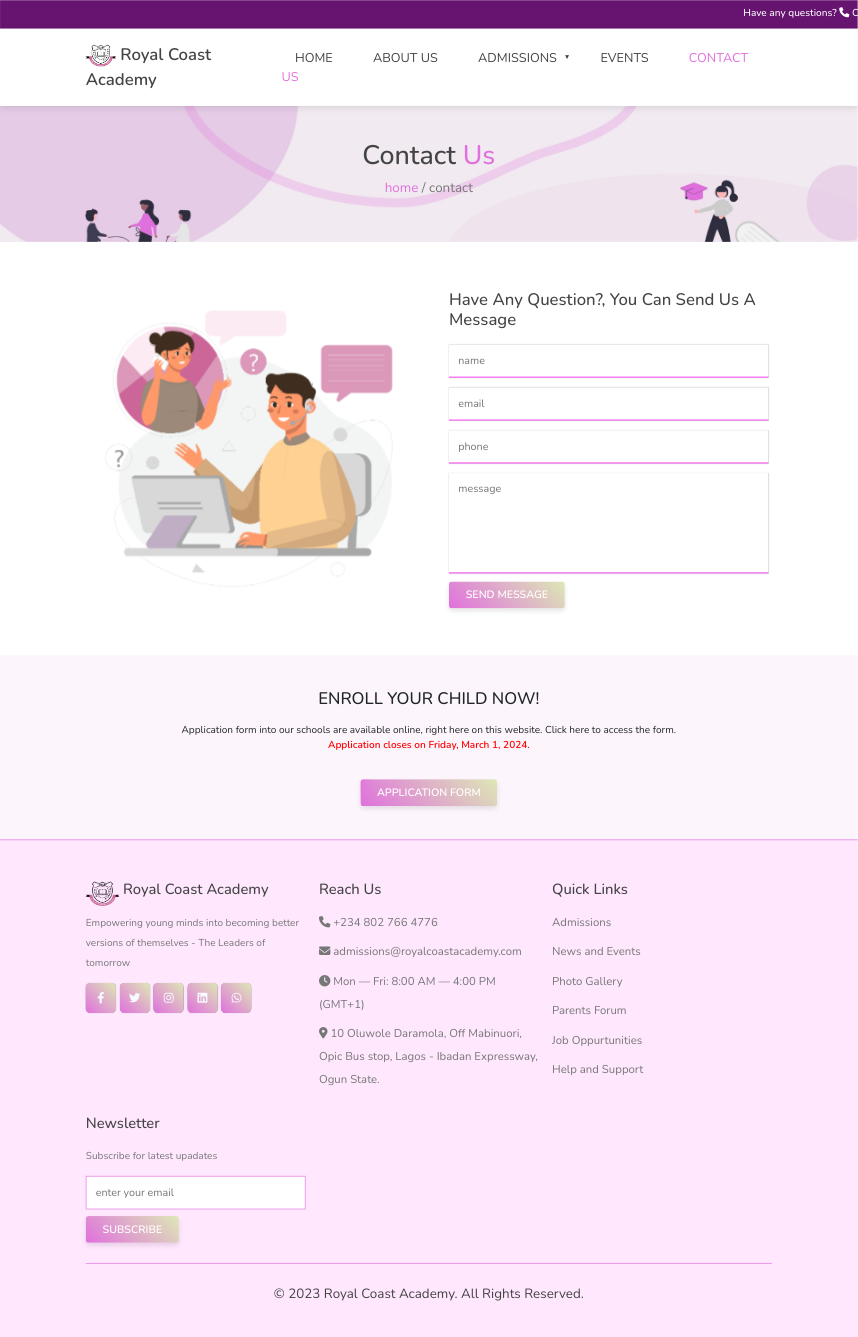
Repository: AdeniranZion/RC-Academy
Page: http://localhost/contact.php
These files come from the project's save history. The page is drawn as it stood at one moment and after the next save; the edit follows.
The browser window is 1280 px wide. The pictures show the whole page, at 67% of full size.
Some web libraries are served in a nearby version. The page is run by PHP 8.4 with error messages shown; the project is at /var/www/html/.

Above is the page before, as saved 2024-06-21 18:33:29.
Console error: TypeError: Cannot set properties of null (setting 'onclick')

After the next save:
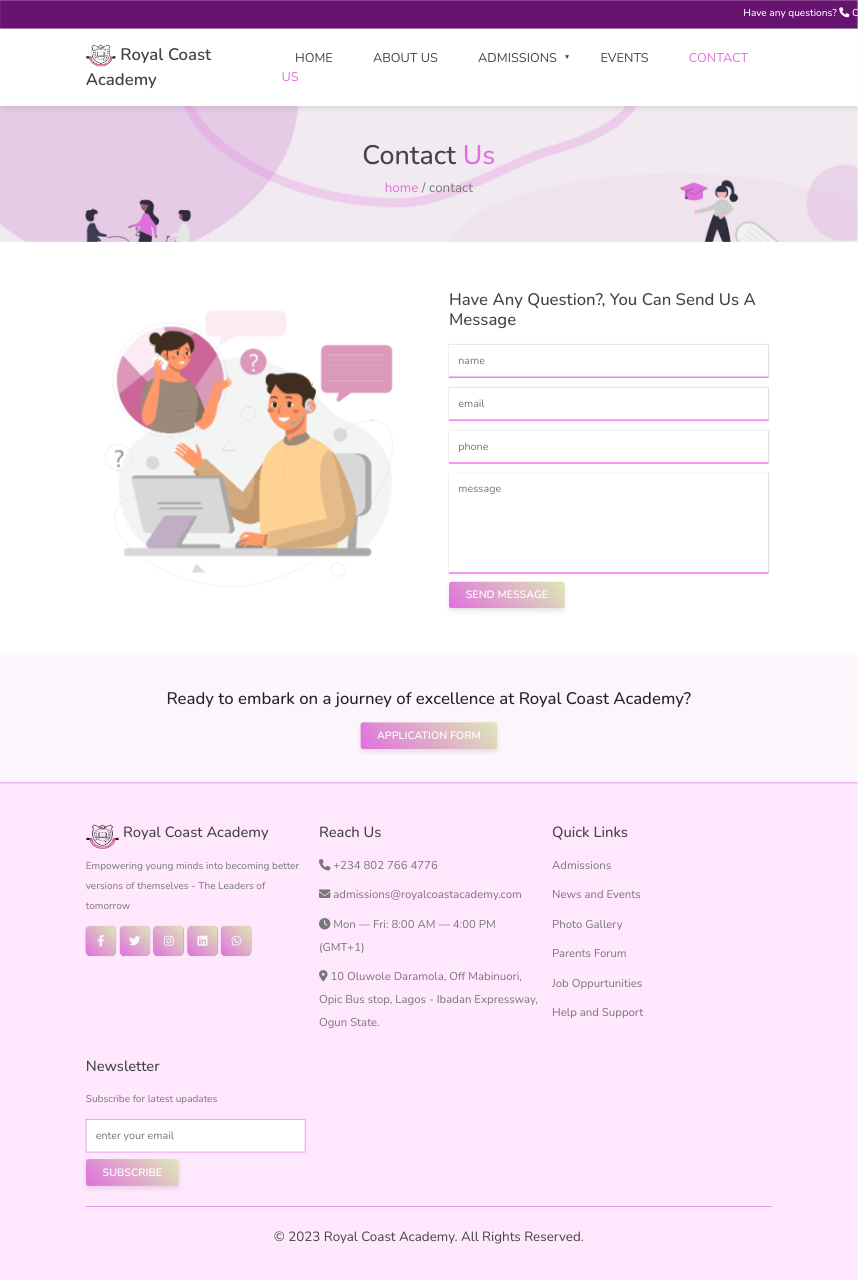
Saved 2 min 7 s later.
--- a/contact.php
+++ b/contact.php
@@ -30,9 +30,7 @@
 </section>
           <!-- Contact Admissions Section -->
           <div class="contact-admissions" style="padding: 50px 20px; text-align: center; background-color: #fcf5fc">
-      <h2 style="font-size: 2.5em; margin-bottom: 20px;">ENROLL YOUR CHILD NOW!</h2>
-      <p style="font-size: 1.5em; max-width: 800px; margin: 0 auto 40px;">Application form into our schools are available online, right here on this website.
-      Click here to access the form. <strong style="color: red;">Application closes on Friday, March 1, 2024.</strong></p>
+      <h2 style="font-size: 2.5em; margin-bottom: 20px;">Ready to embark on a journey of excellence at Royal Coast Academy?</h2>
       <a href="admission_form.php" class="btn" >Application Form</a>
     </div>
     <!-- End Contact Admissions Section -->
